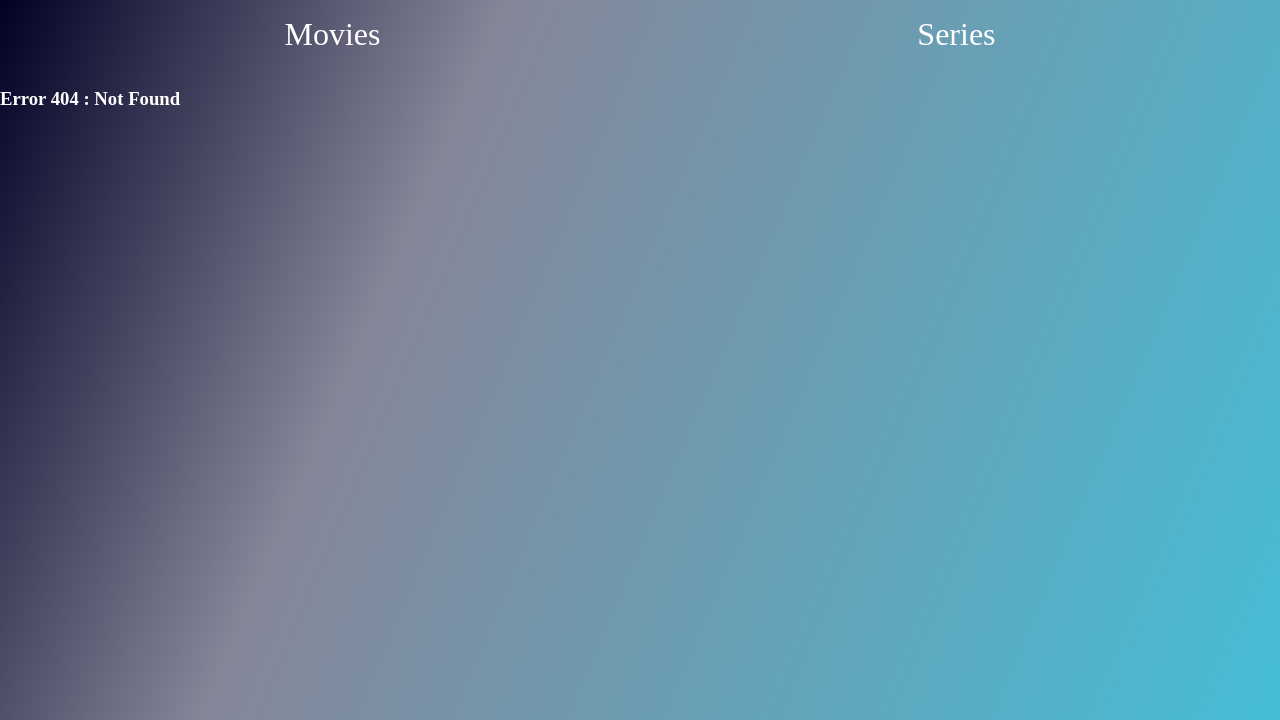
Repository: leo7mdz/app-movies-react
Page: /movies
The author's editor kept a copy of each file at every save. The page is drawn from the files as they stood at one save, then again after the next save.
The browser window is 1280 px wide. The pictures show the whole page.
The page's requests for data from a server got no answer. The project was rebuilt for these pictures with package versions that can differ from the ones it lists, and the page was loaded fresh each time. No one was signed in, and anything a server would have sent is missing. Also part of the build but not shown: vite.config.js, src/components/details.module.css, src/pages/Details.jsx, src/components/Card.module.css, src/components/Card.jsx, src/components/GridCard.module.css, src/components/loader.module.css, src/components/Loader.jsx and 7 more.

Above is the page before, as saved 2023-03-13 15:29:21.

After the next save:
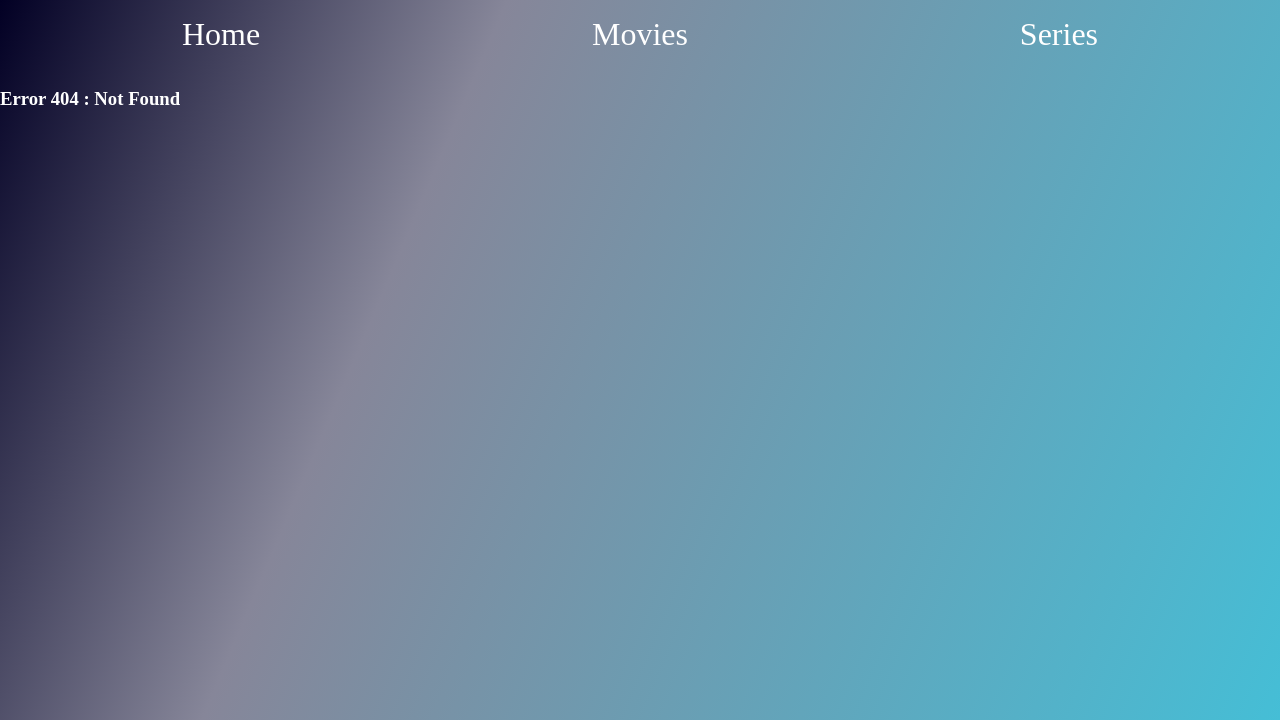
Saved 2 min 47 s later.
--- a/src/components/NavBar.jsx
+++ b/src/components/NavBar.jsx
@@ -7,7 +7,10 @@
     <nav className={style.nav}>
       <ul>
         <li>
-          <Link to="/">Movies</Link>
+          <Link to="/">Home</Link>
+        </li>
+        <li>
+          <Link to="/movies">Movies</Link>
         </li>
         <li>
           <Link to="/series">Series</Link>
